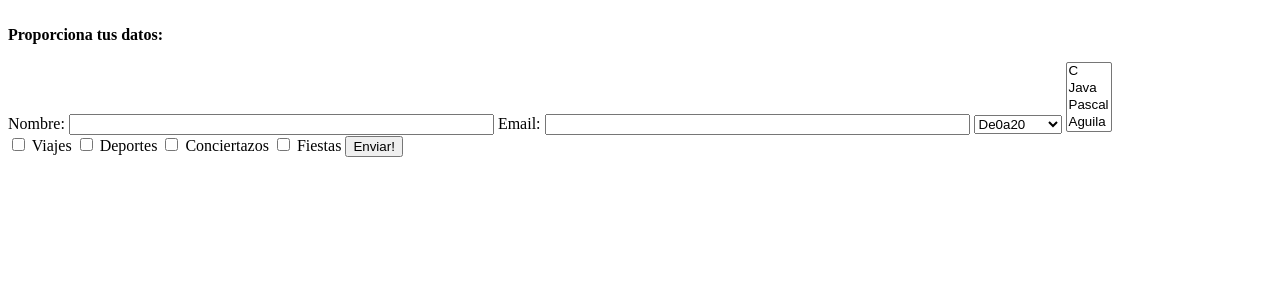
Repository: ebaglio/trabajophp
Page: http://localhost/ejercicioformularios.php
These files come from the project's save history. The page is drawn as it stood at one moment and after the next save; the edit follows.
The browser window is 1280 px wide. The pictures show the whole page.
The page is run by PHP 8.4 with error messages shown; the project is at /var/www/html/.

Above is the page before, as saved 2012-05-04 10:34:02.

After the next save:
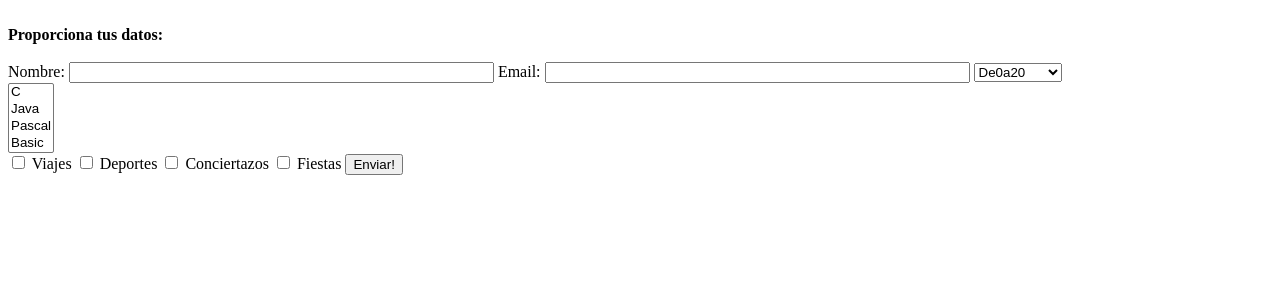
Saved 62 s later.
--- a/curso1/ejercicioformularios.php
+++ b/curso1/ejercicioformularios.php
@@ -14,12 +14,13 @@
     <option value=\"De 20 a 60\">De 20 a 60</option>
     </select>
 </tr>
+<br>
 <tr>
-	  <select multiple name=\"lenguajes[]\">
+	<select multiple name=\"lenguajes[]\">
    <option value=\"C\">C</option>
    <option value=\"Java\">Java</option>
    <option value=\"Pascal\">Pascal</option>
-   <option value=\"Aguila\">Aguila</option>
+   <option value=\"Basic\">Basic</option>
 </select><br>
 </tr>
 <tr>
